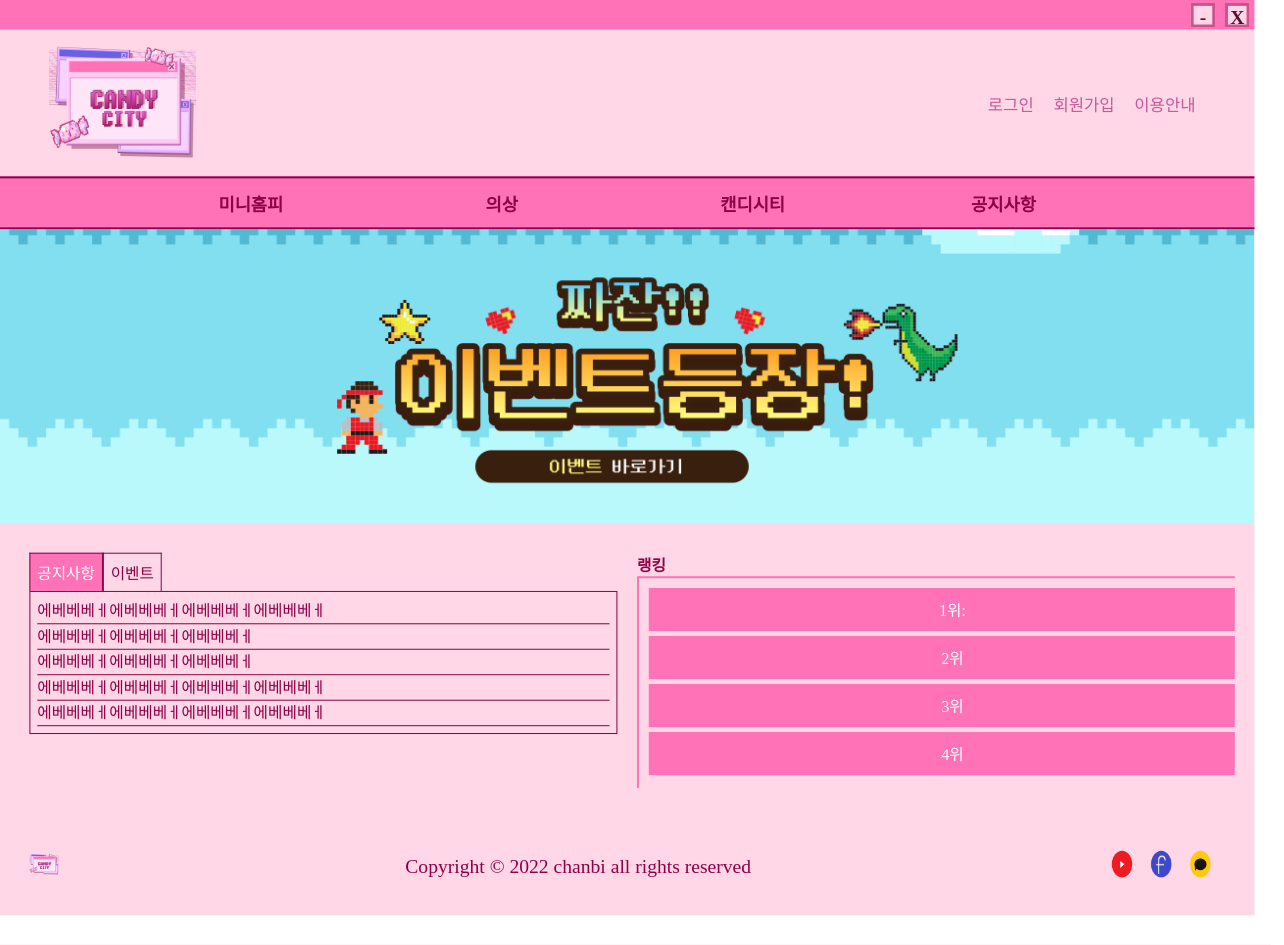
Repository: chanbiM/candyCityProject
Page: http://localhost/CandyCityProj/
The author's editor kept a copy of each file at every save. The page is drawn from the files as they stood at one save, then again after the next save.
The browser window is 1280 px wide. The page is 1310 px wide, so the pictures cover 1310 px, including what lies to the right of the window. The pictures show the whole page, at 98% of full size.
Some web fonts or font styles are not loaded; a fallback is used. The page is served by Tomcat 9.

Above is the page before, as saved 2022-11-18 03:19:07.

After the next save:
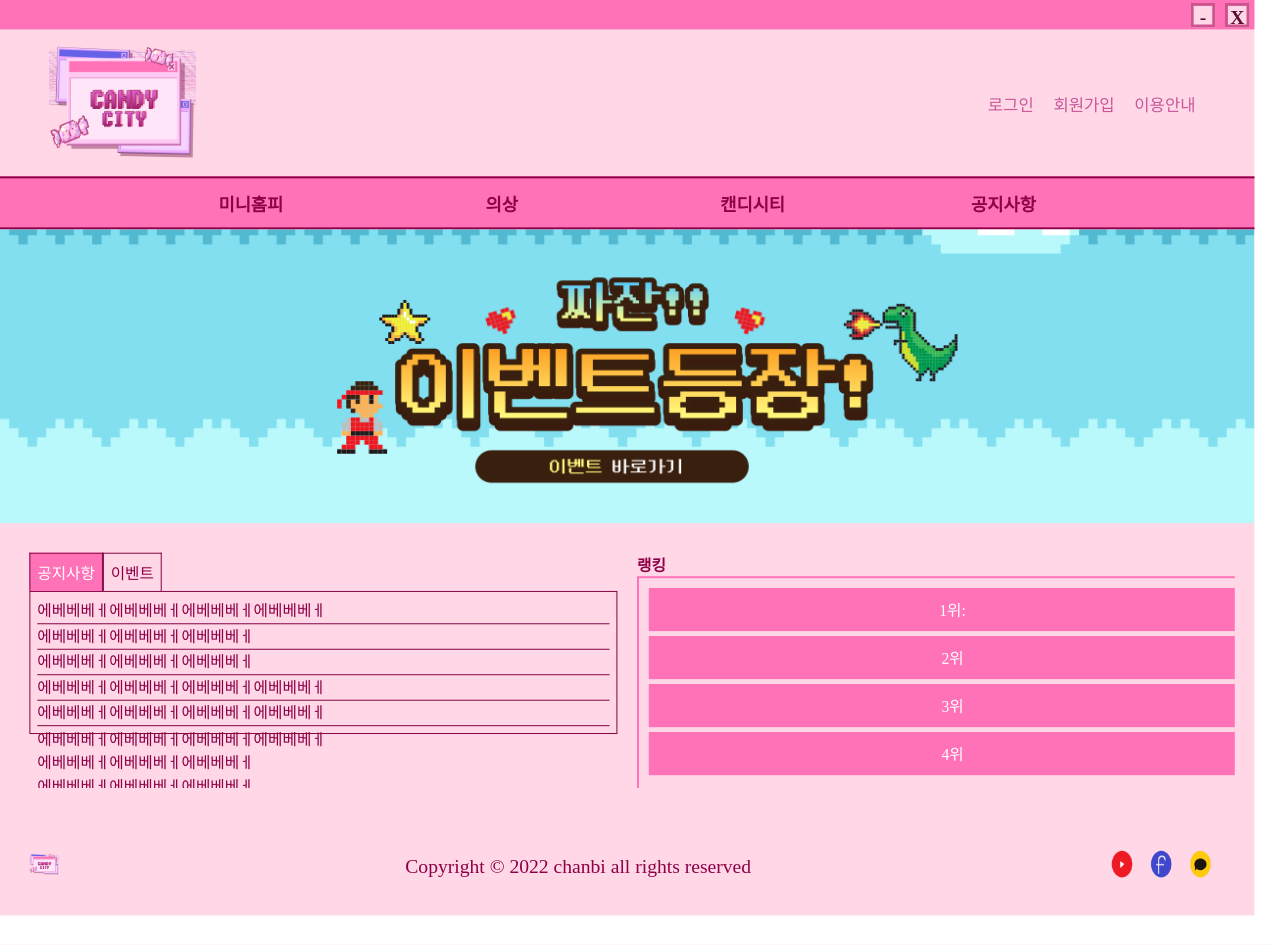
Saved 7 s later.
--- a/CandyCityProj/WebContent/index.jsp
+++ b/CandyCityProj/WebContent/index.jsp
@@ -34,7 +34,7 @@
                         </ul>
                     </div>
                     <!-- 갤러리 -->
-                    <div id="gallary">
+                    <div id="event">
                         <ul>
                             <li id="open_popup"><a href="#">에베베베ㅔ에베베베ㅔ에베베베ㅔ에베베베ㅔ</a></li>
                             <li><a href="#">에베베베ㅔ에베베베ㅔ에베베베ㅔ</a></li>
